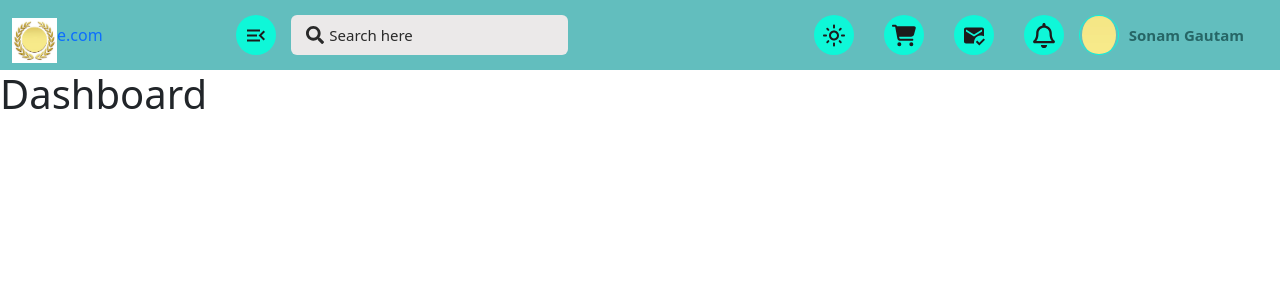
Repository: gautamsonam011/admin-react-dashboard
Page: /
An editor plug-in stored every save of this project. The page is shown before and after the next save, followed by the edit.
The browser window is 1280 px wide. The pictures show the whole page.
The project was rebuilt for these pictures with package versions that can differ from the ones it lists, and the page was loaded fresh each time.

Above is the page before, as saved 2025-04-14 14:18:43.

### src/App.js
import { BrowserRouter, Routes, Route } from 'react-router-dom';
import './App.css';
import 'bootstrap/dist/css/bootstrap.min.css';
import Dashboard from './pages/Dashboard/Dashboard';
import Header from "./components/Header/index";
function App() {
  return (
    <BrowserRouter>
    <Header/>
    <Routes>
      <Route path = "/" exact={true} element={<Dashboard/>} />
    </Routes>
    </BrowserRouter>
  );
}

export default App;

### src/App.css
@import url('https://fonts.googleapis.com/css2?family=Ubuntu:ital,wght@0,300;0,400;0,500;0,700;1,300;1,400;1,500;1,700&display=swap');

body{
  font-family: "Ubuntu", sans-serif;
  background-color: #f4f8f7;

}

header{
  width:100%;
  height: 70px;
  background-color:#62bebe;
}
header .logo{
  text-decoration: none;
}
header .logo img{
  margin-top: 10px;
  width:45px;

}

header .logo span{
color: coral;
font-weight: bolder;
font-size: 24px;
}
header button.rounded-circle{min-width:40px !important; width:40px !important; height: 40px !important; background-color:#0ff7d8 !important; margin: 15px;}
header button.rounded-circle svg{color:rgb(29, 27, 27); font-size: 25px !important;}
header button.rounded-circle:hover{color: #0ff7d8;}
.searchBox{width:400px; height: 40px; background-color:#ebe9e9; border-radius: 6px;padding: 3px 15px;}
.searchBox input{background: transparent;border:0px; outline:none; padding-left: 5px; font-size: 15px; color:#292929}
.searchBox input::-webkit-input-placeholder{color:#292929}
.searchBox svg{font-size: 18px; color:#292929 ;}

.myAccount .userImg{display: flex; align-items:center; justify-content: center; overflow: hidden; width:40px; height: 40px; border:1px solid #0ff7d8; padding: 2px; border-radius: 100%;}
.myAccount .userImg .rounded-circle{display: flex; align-items:center; justify-content: center; overflow: hidden; width: 40px; height: 40px; cursor: pointer; position: relative;}
.myAccount .userImg .rounded-circle .img{object-fit: cover; width: 100%;}
.myAccount .userInfo{padding-left: 10px;}
.myAccount .userInfo h5{font-size: 15px; font-weight: 600; margin-bottom:0px; color: #266666;}

### src/pages/Dashboard/Dashboard.jsx
const Dashboard = () =>{
    return (
        <>
        <h1>Dashboard</h1>
        </>
    )
}

export default Dashboard;

### src/components/Header/index.jsx
import {Link} from "react-router-dom";
import logo from "../../assests/images/logo.jpg";
import Button from '@mui/material/Button';
import { MdMenuOpen } from "react-icons/md";
import { MdOutlineMenu } from "react-icons/md";
import SearchBox from "../SearchBox";
import { MdOutlineLightMode } from "react-icons/md";
import { MdDarkMode } from "react-icons/md";
import { FaCartShopping } from "react-icons/fa6";
import { MdMarkEmailRead } from "react-icons/md";
import { FaRegBell } from "react-icons/fa";


const Header = () =>{
    return (
        <>
        <header>
            <div className="container-fluid">
                <div className="row d-flex align-items-center w-100">
                    {/* logo */}
                    <div className="col-sm-2">
                        <Link to="/" className="d-flex align-items-center logo">
                        <img src={logo} alt="logo"/>
                        <spam className="ml-2">e.com</spam>
                        </Link>
                    </div>
                    <div className="col-sm-3 d-flex align-items-center pl-4">
                    <Button className="rounded-circle"><MdMenuOpen/></Button>
                    <SearchBox/>
                    </div>
                    <div className="col-sm-7 d-flex align-items-center justify-content-end part3">
                    <Button className="rounded-circle"><MdOutlineLightMode/></Button>
                    <Button className="rounded-circle"><FaCartShopping/></Button>
                    <Button className="rounded-circle"><MdMarkEmailRead/></Button>
                    <Button className="rounded-circle"><FaRegBell/></Button>

                    <div className="myAccountWrapper">
                    <div className="myAccount d-flex align-items-center">
                        <div className="userImg">
                            <span className="rounded-circle">
                            <img src={logo} alt="profile" />
                            </span>

                        </div>
                        <div className="userInfo">
                            <h5>Sonam Gautam</h5>
                        </div>
                    </div>
                    </div>
                    </div>
                </div>
            </div>
        </header>
        </>
    )
}

export default Header

### src/components/SearchBox.jsx
import { FaSearch } from "react-icons/fa";

const SearchBox = () =>{
    return (
        <div className="searchBox position-relative d-flex align-items-center">
            <FaSearch className="mr-2" />
            <input type="text" placeholder="Search here"  />
        </div>
    )
}

export default SearchBox;

Loaded but not shown: public/index.html (common file); src/index.js (common file); src/reportWebVitals.js (common file)

After the next save:
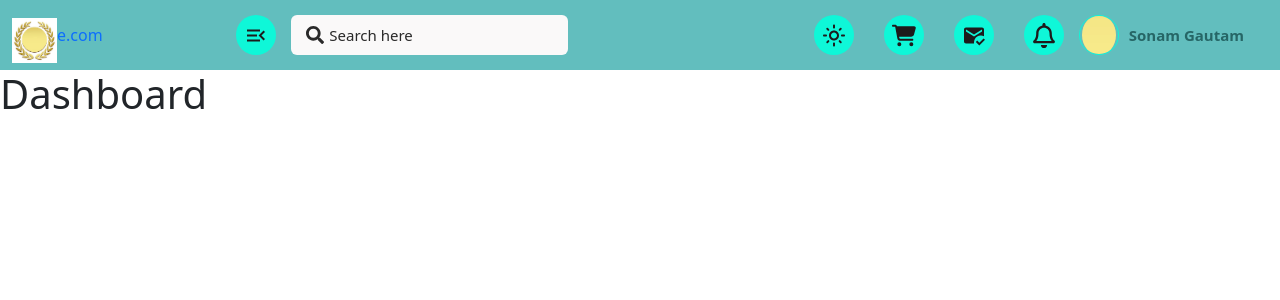
Saved 44 s later.
--- a/src/App.css
+++ b/src/App.css
@@ -28,7 +28,7 @@ font-size: 24px;
 header button.rounded-circle{min-width:40px !important; width:40px !important; height: 40px !important; background-color:#0ff7d8 !important; margin: 15px;}
 header button.rounded-circle svg{color:rgb(29, 27, 27); font-size: 25px !important;}
 header button.rounded-circle:hover{color: #0ff7d8;}
-.searchBox{width:400px; height: 40px; background-color:#ebe9e9; border-radius: 6px;padding: 3px 15px;}
+.searchBox{width:400px; height: 40px; background-color:#faf9f9; border-radius: 6px;padding: 3px 15px;}
 .searchBox input{background: transparent;border:0px; outline:none; padding-left: 5px; font-size: 15px; color:#292929}
 .searchBox input::-webkit-input-placeholder{color:#292929}
 .searchBox svg{font-size: 18px; color:#292929 ;}
